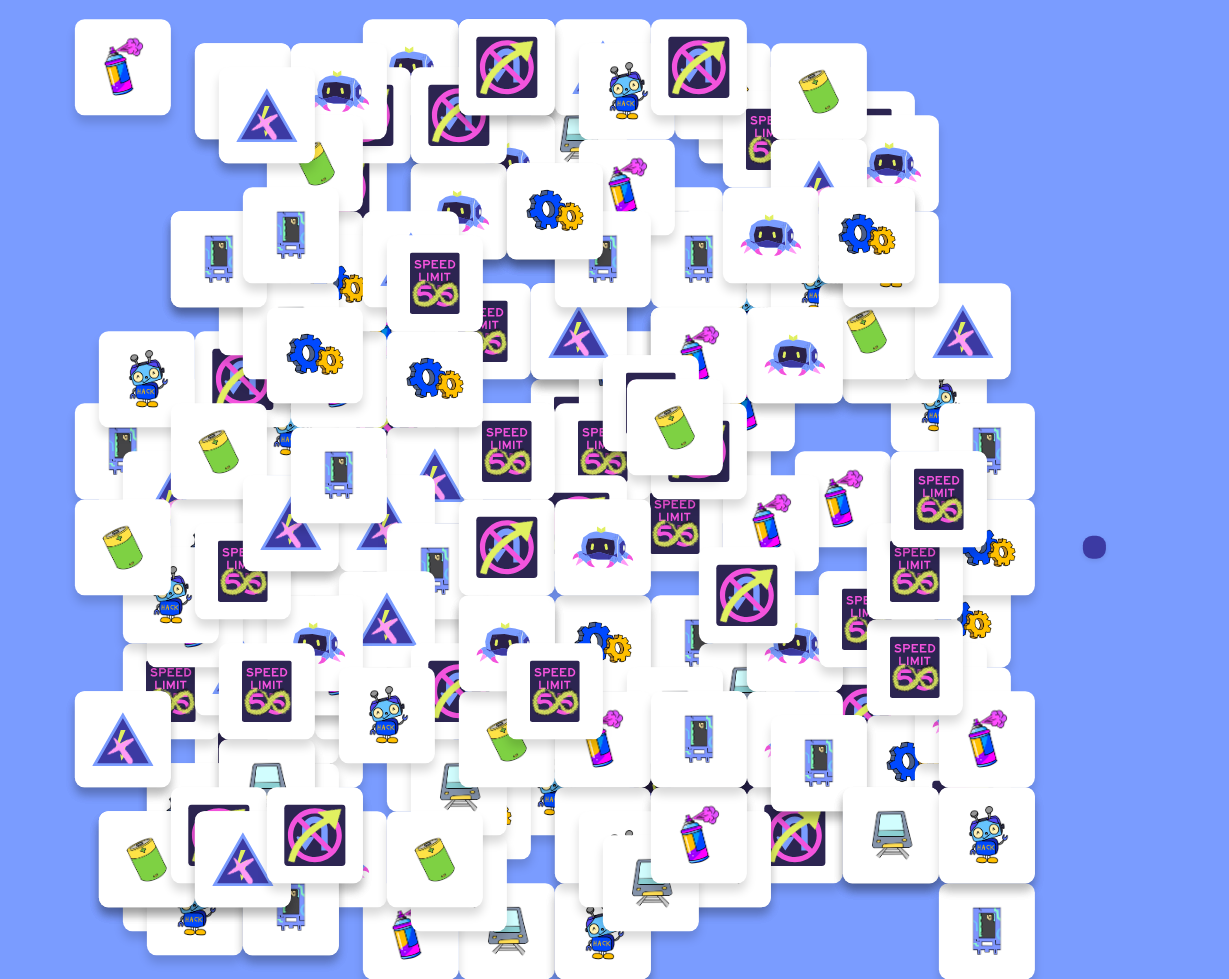
Repository: Avril-Cui/hack-puzzle
Page: / (app in client/)
The author's editor kept a copy of each file at every save. The page is drawn from the files as they stood at one save, then again after the next save.
The browser window is 1280 px wide. The pictures show the whole page, at 96% of full size.
The project was rebuilt for these pictures with package versions that can differ from the ones it lists, and the page was loaded fresh each time. The framework's server and built-in components were replaced by stand-ins that run in the browser. Also part of the build but not shown: client/next.config.ts.

Above is the page before, as saved 2025-06-11 19:47:36.

After the next save:
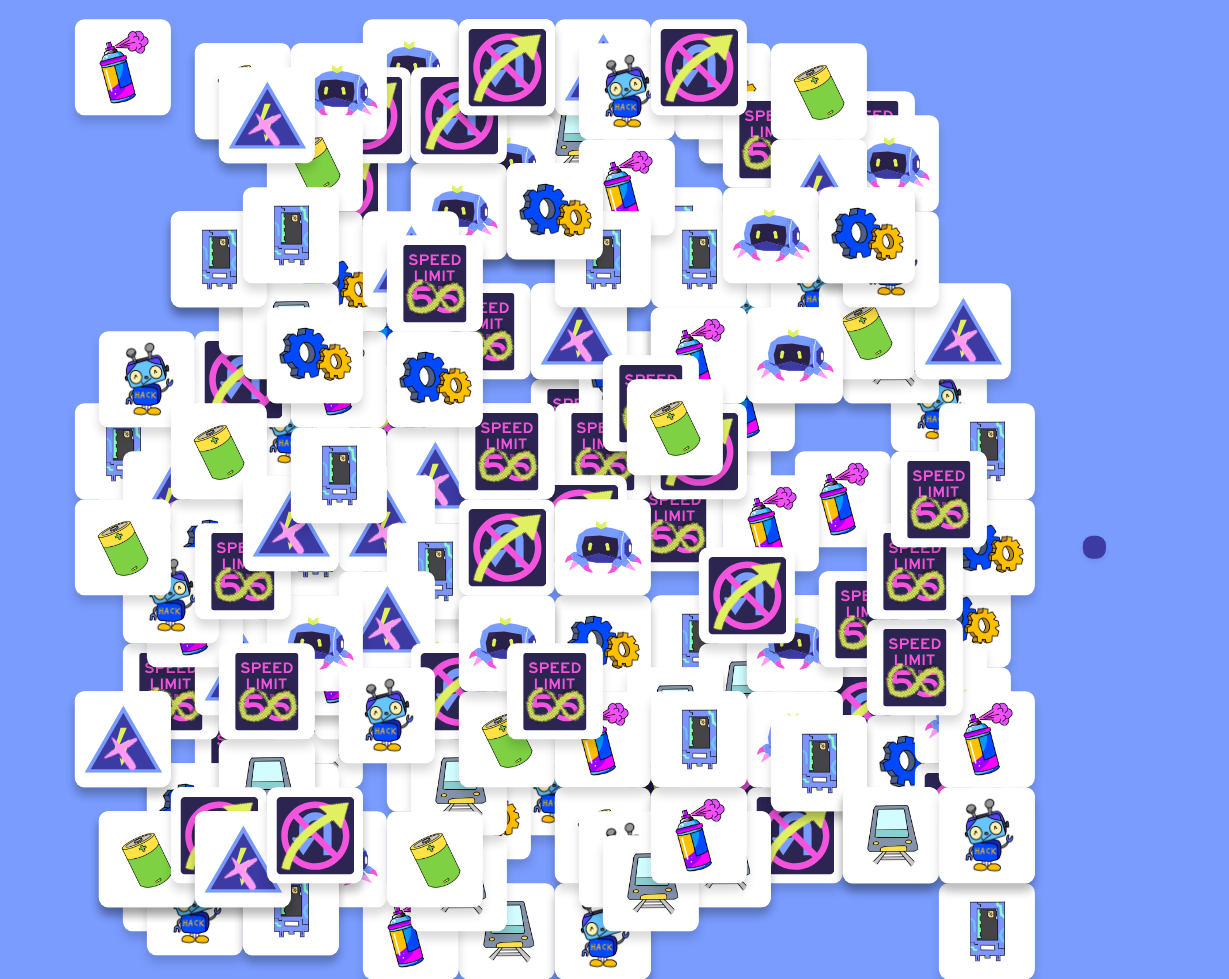
Saved 7 s later.
--- a/client/components/Game.module.css
+++ b/client/components/Game.module.css
@@ -35,7 +35,7 @@
   justify-content: center;
   align-items: center;
   overflow: hidden;
-  padding: 10%; /* optional, for consistent inner margin */
+  padding: 5%; /* optional, for consistent inner margin */
 }
 
 .tileInner img {
